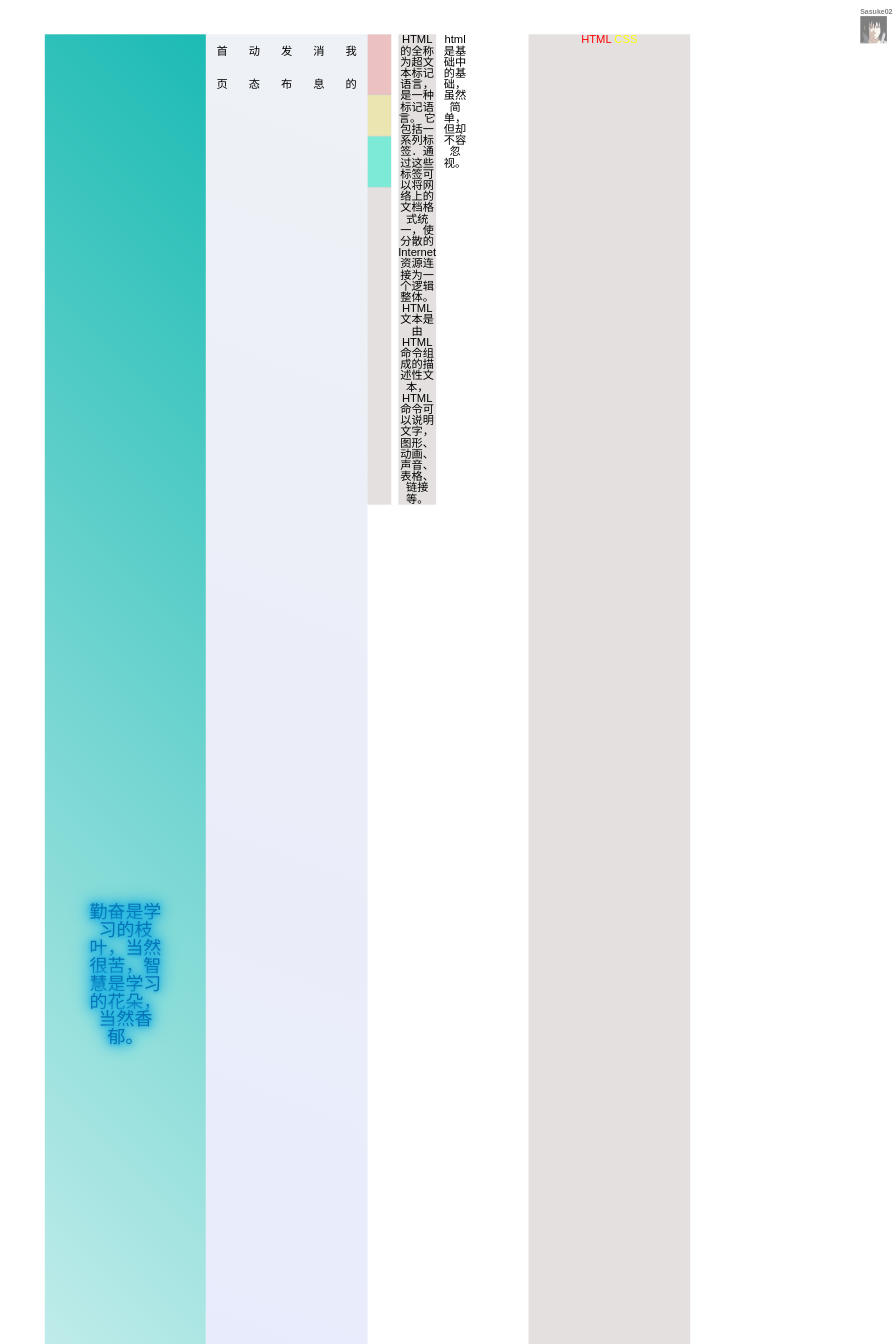
Repository: 8ecomeDreamer/personal_task
Page: labReport/project/src/html/index.html
These files come from the project's save history. The page is drawn as it stood at one moment and after the next save; the edit follows.
The browser window is 1280 px wide. The pictures show the part of the page from y = 0 to 1920 px (the page is 2737 px tall), at 70% of full size.
The style sheet was rebuilt from its Sass, Less or Tailwind sources for each picture, by a compiler version that may differ from the author's.

Above is the page before, as saved 2022-11-26 22:58:22.

### labReport/project/src/html/index.html
<!DOCTYPE html>
<html lang="en">
<head>
    <meta charset="UTF-8">
    <meta http-equiv="X-UA-Compatible" content="IE=edge">
    <meta name="viewport" content="width=device-width, initial-scale=1.0">
    <title>index</title>
    <link rel="stylesheet" href="../css/index.css" >
</head>
<body>
    <div class="wrapper">

        <header class="header gray">
            <div class="info">
                <span>Sasuke</span><span>02</span>
                <img src="../../assets/imgs/R-C.jpg">
            </div>
            <div class="text">
                <span>勤奋是学习的枝叶，当然很苦，智慧是学习的花朵，当然香郁。</span>
            </div>

        </header>
        <nav class="nav gray">
            <!-- <a class="a">HTML</a>
            <a class="a">CSS</a>
            <a class="a">HTML5</a>
            <a class="a">CSS3</a>
            <a class="a">表单与语录学习</a> -->
            <ul class="menu">
                <li class="item">
                    <a href="javascript:void(0);" class="link">
                        <i class="fa fa-home" aria-hidden="true"></i>
                        <span>首页</span>

                    </a>
                    <div class="xiala">
                        <a href="# ">语录学习</a>
                        <!-- <a href="# ">Link 2</a>
                        <a href="# ">Link 3</a> -->
                    </div>

                </li>
                <li class="item">
                    <a href="javascript:void(0);" class="link">
                        <i class="fa fa-heart" aria-hidden="true"></i>
                        <span>动态</span>
                    </a>
                </li>
                <li class="item">
                    <a href="javascript:void(0);" class="link">
                        <i class="fa fa-plus-circle" aria-hidden="true"></i>
                        <span>发布</span>
                    </a>
                </li>
                <li class="item">
                    <a href="javascript:void(0);" class="link">
                        <i class="fa fa-bell" aria-hidden="true"></i>
                        <span>消息</span>
                    </a>
                </li>
                <li class="item">
                    <a href="javascript:void(0);" class="link">
                        <i class="fa fa-user" aria-hidden="true"></i>
                        <span>我的</span>
                    </a>
                </li>
            </ul>
        </nav>
        <content class="content">
            <aside class="aside left gray">
                <ul class="ul">
                    <li class="li">
                        <div class="link basic"><i class="fa fa-paint-brush"></i>基础核心<i class="fa fa-chevron-down"></i></div>
                        <ul class="submenu">
                            <li><a href="#">Photoshop</a></li>
                            <li><a href="#">HTML</a></li>
                            <li><a href="#">CSS</a></li>
                            <li><a href="#">Maquetacion web</a></li>
                        </ul>
                    </li>
                    <li class="li">
                        <div class="link advanced"><i class="fa fa-code"></i>进阶<i class="fa fa-chevron-down"></i></div>
                        <ul class="submenu">
                            <li><a href="#">Javascript</a></li>
                            <li><a href="#">jQuery</a></li>
                            <!-- <li><a href="#">Frameworks javascript</a></li> -->
                        </ul>
                    </li>
                    <li class="li">
                        <div class="link reAdvanced"><i class="fa fa-mobile"></i>再进阶<i class="fa fa-chevron-down"></i></div>
                        <ul class="submenu">
                            <li><a href="#">vue</a></li>
                            <li><a href="#">Dispositivos mobiles</a></li>
                            <li><a href="#">Medios de escritorio</a></li>
                            <li><a href="#">Otros dispositivos</a></li>
                        </ul>
                    </li>
                </ul>
            </aside>
            <main class="main gray">
                <p class="html">HTML的全称为超文本标记语言，是一种标记语言。
                    它包括一系列标签．通过这些标签可以将网络上的文档格式统一，使分散的Internet资源连接为一个逻辑整体。HTML文本是由HTML命令组成的描述性文本，HTML命令可以说明文字，图形、动画、声音、表格、链接等。</p>
            </main>
            <aside class="aside right gray">
                <p class="p">
                    html是基础中的基础，虽然简单，但却不容忽视。
                </p>

            </aside>
        </content>
        <footer class="footer gray">
            <span style="color: red;">HTML</span>
            <span style="color: yellow;">CSS</span>
            <!-- <span></span>
            <span></span> -->

        </footer>
    </div>
</body>
</html>

### labReport/project/src/css/index.less
@import url('../../assets/css/reset.less');

.wrapper {
    width: 90vw;
    height: 90vh;
    padding: 1%;
    // background: yellowgreen;
    margin: 0 auto;
    margin-top: 5vh;
    text-align: center;
    display: grid;
    grid-template-rows: repeat(10,1fr);
    grid-template-columns:  repeat(5,1fr);
    grid-row-gap: 10px;
    .gray{
        background: rgba(170, 153, 153,.3);
    }
    .header,.nav, .content, .footer{
        // width: 100%;

    }
    .header {
        grid-area: 1/1/3/6;
        position: relative;
        background: linear-gradient(45deg, white, #1cbbb4);
        .info{
            // background: black;
            opacity: .5;
            width: 3%;
            // height: 50px;
            position: fixed;
            right: 1%;
            top: 1%;
            color: rgb(7, 1, 0);
            img{
                width: 100%;
                height: 80%;
                object-fit: contain;
            }
            span{
                font-size: 10px;
                font-weight: bold;
            }
        }
        .text{
            position: absolute;
            top: 50%;
            left: 50%;
            transform: translate(-50%,-50%);
            font-size: 1.6rem;
            color: #0872b4;
            animation: shining 5s alternate infinite;
        }
    }
    .nav{
        grid-area: 3/1/4/6;
        background: linear-gradient(200deg,#eef1f5,#e6e9fe);
        .menu{
            /* 设置列表项标记的类型为空 */
            list-style: none;
            /* 弹性布局 */
            display: flex;
            /* 水平居中 */
            justify-content: space-around;
            align-items: center;
            height: 100%;
            .item{
                /* 相对定位 */
                position: relative;
                /* 设置鼠标样式为手 */
                cursor: pointer;
                /* 设置内边距 */
                padding: 0 10px;
                width: 20%;
                height: 100%;
                line-height: 3;
                /* 延迟 */
                transition: all 0.4s ease;
                .link{
                    /* block将此元素设置为块级元素 */
                    display: block;
                    /* 相对定位 */
                    position: relative;
                    width: 100%;
                    // height: 100%;
                    // height: 100px;
                    color: black;
                    /* 取消a标签下划线 */
                    text-decoration: none;
                    /* 溢出隐藏 */
                    overflow: hidden;
                    /* 延迟 */
                    transition: all 0.4s ease;
                    &:hover{
                        background-color: #a38bdb;
                    }
                    &:hover .dropdown-content{
                        // display: block;
                    }
                    // .dropdown-content {
                    //     display: none;
                    //     position: absolute;
                    //     background-color: #f9f9f9;
                    //     min-width: 160px;
                    //     box-shadow: 0px 8px 16px 0px rgba(0,0,0,0.2);
                    // }


                }
                &:hover .xiala {
                    display: block;
                }

            }
            .xiala{
                display: none;
                position: absolute;
                width: 92%;
                background-color: #f9f9f9;
                min-width: 160px;
                box-shadow: 0px 8px 16px 0px rgba(0, 0, 0, 0.2);
                z-index: 100;
                a {
                    color: black;
                    padding: 12px 16px;
                    text-decoration: none;
                    display: block;
                    &:hover {
                        background-color: #f1f1f1;
                    }
                }
            }
        }
    }
    .content{
        // display: grid;
        grid-area: 4/1/9/6;
        display: grid;
        grid-template-rows: repeat(4,1fr);
        grid-template-columns: repeat(5,1fr);
        grid-column-gap: 10px;
        .aside.left{
            grid-area: 1/1/5/2;
            overflow: hidden;
            .ul{
                .li{
                    .link {
                        cursor: pointer;
                        display: block;
                        padding: 15px 15px 15px 42px;
                        color: black;
                        font-size: 14px;
                        font-weight: 700;
                        border-bottom: 1px solid #CCC;
                        position: relative;
                        -webkit-transition: all 0.4s ease;
                        -o-transition: all 0.4s ease;
                        transition: all 0.4s ease;

                    }
                    .link:hover {
                        background: black;
                    }
                    .link.basic{
                        background: #ecc1c1;
                    }
                    .link.advanced{
                        background: #ebe5b2;
                    }
                    .link.reAdvanced{
                        background: #7de9d7;
                    }

                    .submenu {
                        display: none;
                        background: white;
                        padding: 4px;
                        font-size: 20px;
                        li{
                            margin-bottom: 10px;
                            &:hover {
                                background: #b63b4d;
                                a{
                                    &:hover{
                                        color: #FFF;
                                    }
                                }
                            }
                        }

                    }

                    &:hover .submenu{
                        display: block;
                    }
                }
            }
        }
        .main{
            grid-area: 1/2/5/5;
        }
        .aside.right{
            grid-area: 1/5/5/6;
            background: transparent;
        }
    }
    .footer{
        grid-area: 9/1/11/6;
    }
}

@-webkit-keyframes shining {
    from {
        text-shadow: 0 0 10px lightblue, 0 0 20px lightblue, 0 0 30px lightblue, 0 0 40px skyblue, 0 0 50px skyblue, 0 0 60px skyblue;
    }

    to {
        text-shadow: 0 0 5px rgb(25, 176, 226), 0 0 10px rgb(25, 176, 226), 0 0 15px rgb(25, 176, 226), 0 0 20px rgb(25, 176, 226), 0 0 25px skyblue, 0 0 30px rgb(25, 176, 226);
    }
}

### labReport/project/assets/css/reset.less
html, body, div, span, applet, object, iframe,
h1, h2, h3, h4, h5, h6, p, blockquote, pre,
a, abbr, acronym, address, big, cite, code,
del, dfn, em, img, ins, kbd, q, s, samp,
small, strike, strong, sub, sup, tt, var,
b, u, i, center,
dl, dt, dd, ol, ul, li,
fieldset, form, label, legend,
table, caption, tbody, tfoot, thead, tr, th, td,
article, aside, canvas, details, embed,
figure, figcaption, footer, header, hgroup,
menu, nav, output, ruby, section, summary,
time, mark, audio, video{
  margin: 0;
  padding: 0;
  border: 0;
  font-size: 100%;
  font: inherit;
  font-weight: normal;
  vertical-align: baseline;
}
/* HTML5 display-role reset for older browsers */
article, aside, details, figcaption, figure,
footer, header, hgroup, menu, nav, section{
  display: block;
}
ol, ul, li{
  list-style: none;
}
blockquote, q{
  quotes: none;
}
blockquote:before, blockquote:after,
q:before, q:after{
  content: '';
  content: none;
}
table{
  border-collapse: collapse;
  border-spacing: 0;
}

/* custom */
a{
  color: #7e8c8d;
  text-decoration: none;
  -webkit-backface-visibility: hidden;
}
::-webkit-scrollbar{
  width: 5px;
  height: 5px;
}
::-webkit-scrollbar-track-piece{
  background-color: rgba(0, 0, 0, 0.2);
  -webkit-border-radius: 6px;
}
::-webkit-scrollbar-thumb:vertical{
  height: 5px;
  background-color: rgba(125, 125, 125, 0.7);
  -webkit-border-radius: 6px;
}
::-webkit-scrollbar-thumb:horizontal{
  width: 5px;
  background-color: rgba(125, 125, 125, 0.7);
  -webkit-border-radius: 6px;
}
html, body{
  width: 100%;
  font-family: "Arial", "Microsoft YaHei", "黑体", "宋体", "微软雅黑", sans-serif;
}
body{
  line-height: 1;
  -webkit-text-size-adjust: none;
  -webkit-tap-highlight-color: rgba(0, 0, 0, 0);
}
html{
  overflow-y: scroll;
}

/*清除浮动*/
.clearfix:before,
.clearfix:after{
  content: " ";
  display: inline-block;
  height: 0;
  clear: both;
  visibility: hidden;
}
.clearfix{
  *zoom: 1;
}

/*隐藏*/
.dn{
  display: none;
}

After the next save:
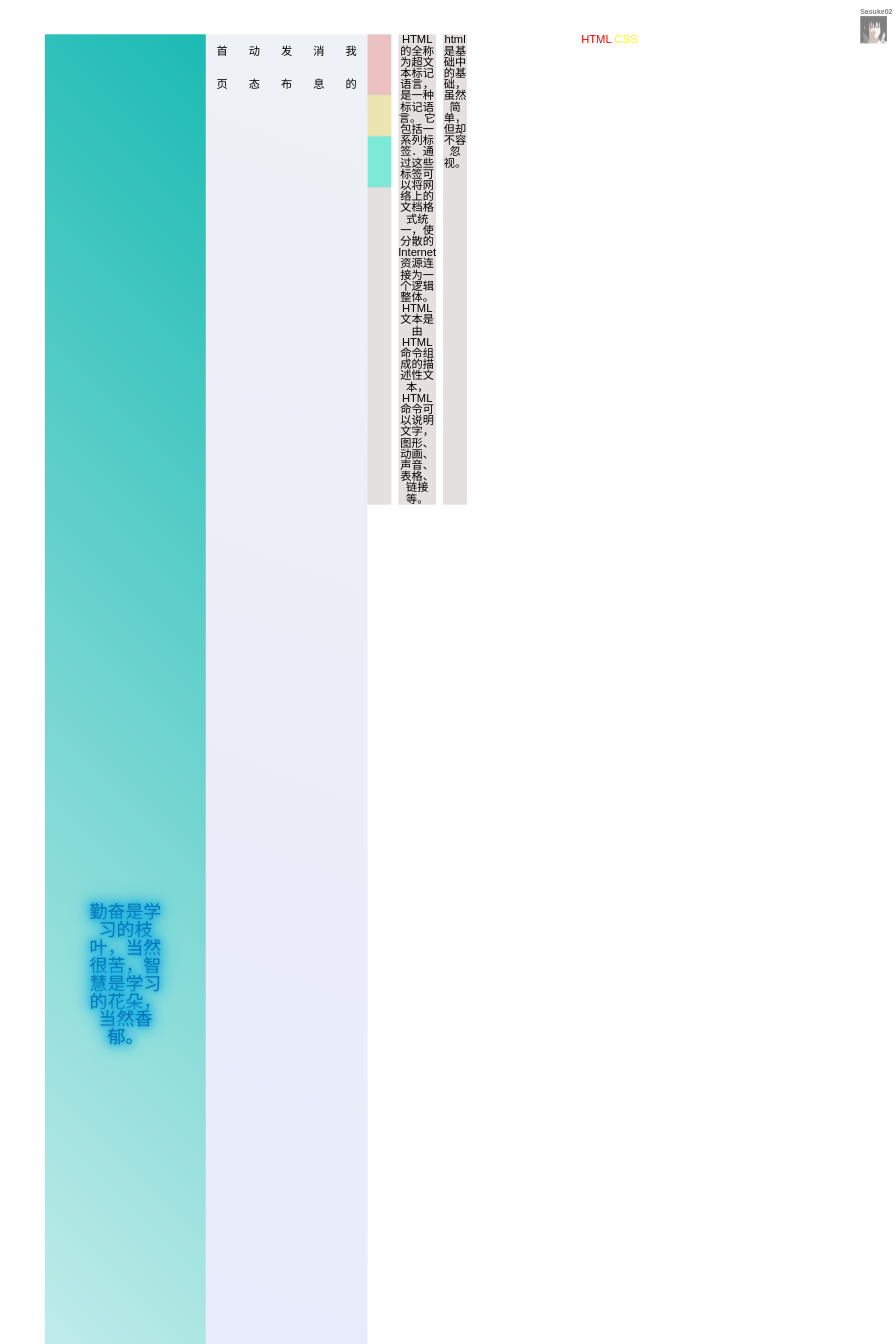
Saved 14 s later.
--- a/labReport/project/src/css/index.less
+++ b/labReport/project/src/css/index.less
@@ -201,11 +201,11 @@
         }
         .aside.right{
             grid-area: 1/5/5/6;
-            background: transparent;
         }
     }
     .footer{
         grid-area: 9/1/11/6;
+        background: transparent;
     }
 }
 

After the save that followed:
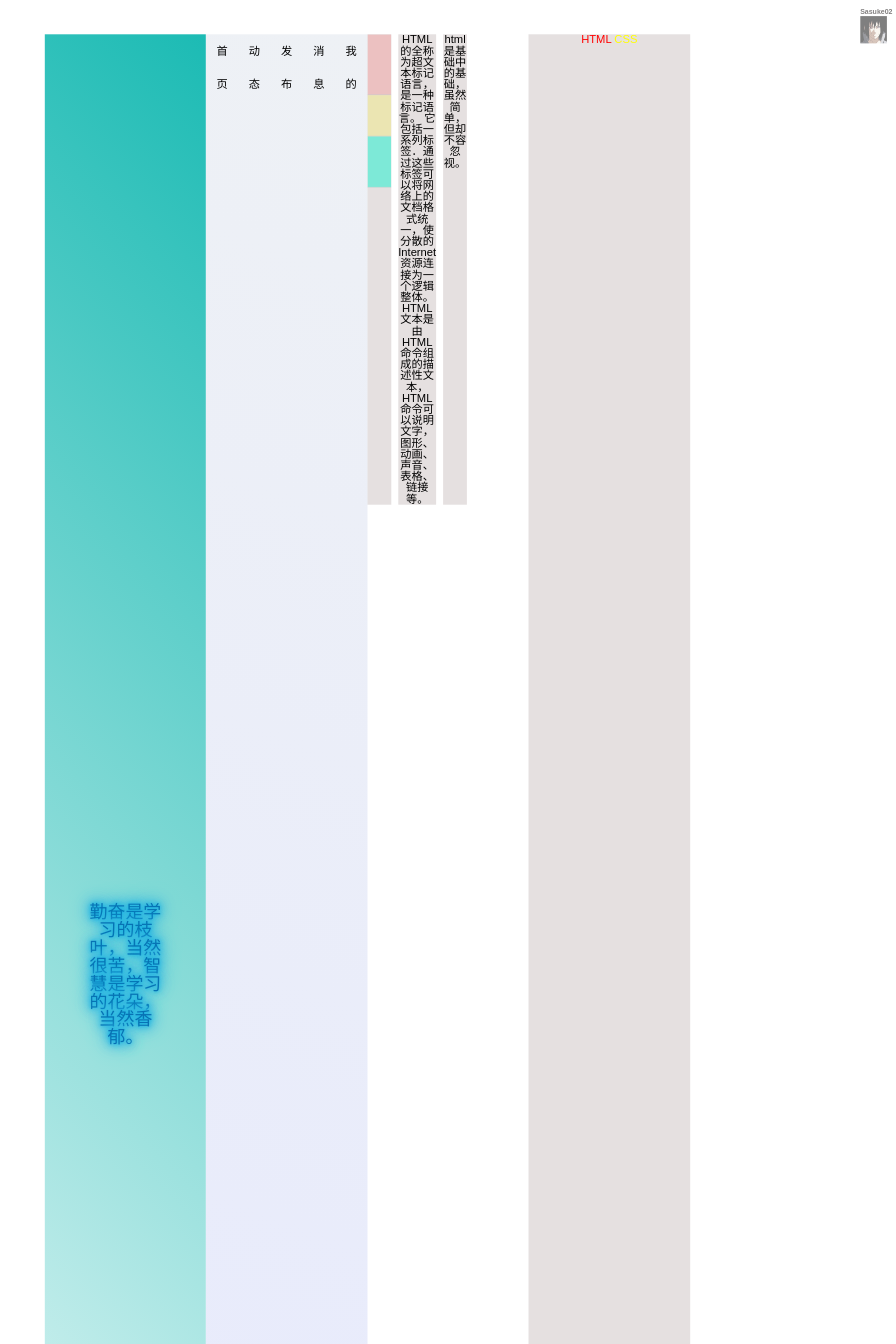
Saved 8 s later.
--- a/labReport/project/src/css/index.less
+++ b/labReport/project/src/css/index.less
@@ -189,7 +189,6 @@
                         }
 
                     }
-
                     &:hover .submenu{
                         display: block;
                     }
@@ -205,7 +204,6 @@
     }
     .footer{
         grid-area: 9/1/11/6;
-        background: transparent;
     }
 }
 
